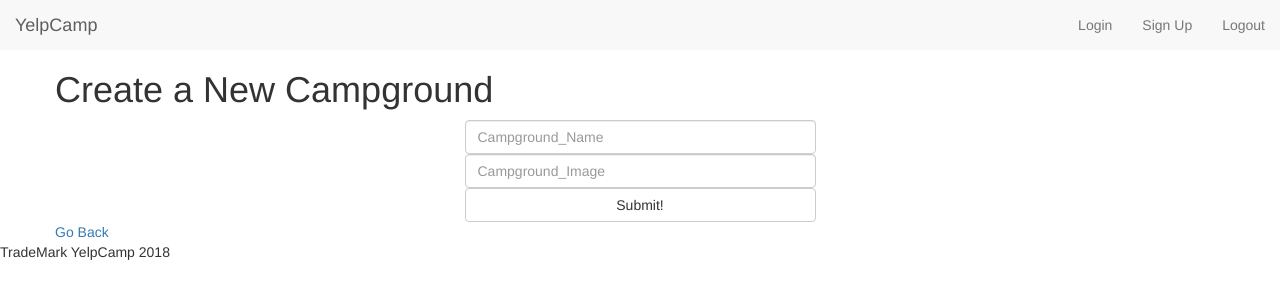
Repository: Kushagrakmr/c9backup
Page: http://localhost/campgrounds/new
The author's editor kept a record of every edit. The page is drawn from the files as they stood at one moment, then again after the next edit.
The browser window is 1280 px wide. The pictures show the whole page.
The page is served by the project's Node server (YelpCamp/v1/app.js).

Above is the page before.

### YelpCamp/v1/views/new.ejs
<% include partials/header %>

 <div class="container" >
  <div class="row">
   <h1>Create a New Campground</h1>
   <div style= "width:30%; margin: 0 auto;">
    <form action = "/campgrounds" method= "POST">
       <input class = "form-control" type = "text" name="name" placeholder = "Campground_Name">
       <input class= "form-control" type = "text" name="image" placeholder = "Campground_Image">
       <button class="btn btn-ld btn-default btn-block">Submit!</button>
    </form>
   </div>

   <a href="/campgrounds">Go Back</a>
  </div>
 </div>


 <% include partials/footer %>

### YelpCamp/v1/views/partials/header.ejs
<!DOCTYPE html>
<html>
    <head>
        <title>Yelp Camp</title>
        <link rel="stylesheet" href= "https://stackpath.bootstrapcdn.com/bootstrap/3.3.5/css/bootstrap.min.css">
    </head>
    <body>

<nav class="nav navbar-default">
     <div class = "conatainer-fluid">
         <div class-"navbar-header">
             <a class= "navbar-brand" href= "/">YelpCamp</a>
         </div>
         <div class="collapse navbar-collapse">
             <ul class = " nav navbar-nav navbar-right">
                 <li><a href="/">Login</a></li>
                 <li><a href="/">Sign Up</a></li>
                 <li><a href="/">Logout</a></li>

             </ul>
         </div>
     </div>
 </nav>

### YelpCamp/v1/views/partials/footer.ejs
       <p> TradeMark YelpCamp 2018</p>
    </body>
</html>

### YelpCamp/v1/app.js
var express = require("express");
var app = express();
var bodyParser = require("body-parser");

app.use(bodyParser.urlencoded({extended : true}));
app.set("view engine", "ejs");

var campgrounds = [
        {name: "Laddakh", image: "https://c1.staticflickr.com/1/231/446876174_e15ca57e05_o.jpg"},
        {name: "Sikkim",  image: "https://c2.staticflickr.com/6/5581/14860971851_4362334b72_b.jpg"},
        {name: "Minnisota", image: "https://c2.staticflickr.com/4/3915/15158046300_56b40456af_b.jpg"},
        {name: "Hills",  image: "https://c2.staticflickr.com/6/5581/14860971851_4362334b72_b.jpg"},
        {name: "Mountains", image: "https://c2.staticflickr.com/4/3915/15158046300_56b40456af_b.jpg"},
        {name: "Valley", image: "https://c1.staticflickr.com/1/231/446876174_e15ca57e05_o.jpg"},
        {name: "Darzeeling", image: "https://c2.staticflickr.com/4/3915/15158046300_56b40456af_b.jpg"},
        {name: "Nepal",  image: "https://c2.staticflickr.com/6/5581/14860971851_4362334b72_b.jpg"},
        {name: "Laddakh", image: "https://c1.staticflickr.com/1/231/446876174_e15ca57e05_o.jpg"},
        {name: "Sikkim",  image: "https://c2.staticflickr.com/6/5581/14860971851_4362334b72_b.jpg"},
        {name: "Darzeeling", image: "https://c2.staticflickr.com/4/3915/15158046300_56b40456af_b.jpg"},
        {name: "Sikkim",  image: "https://c2.staticflickr.com/6/5581/14860971851_4362334b72_b.jpg"},
        {name: "Darzeeling", image: "https://c2.staticflickr.com/4/3915/15158046300_56b40456af_b.jpg"},
        {name: "Darzeeling", image: "https://c2.staticflickr.com/4/3915/15158046300_56b40456af_b.jpg"}
    ];

app.get("/",function(request, response){
    response.render("landing");
});

app.get("/campgrounds",function(request, response){


    response.render("campgrounds",{campgrounds_app:campgrounds});
});

app.post("/campgrounds",function(request, response){
    //get data from form and add to the array
    var name = request.body.name;
    var image = request.body.image;
    var newCampground = {name: name, image:image};
    campgrounds.push(newCampground);
    //redirect
    response.redirect("/campgrounds")
});

app.get("/campgrounds/new", function(request, response) {
    response.render("new.ejs");
});


app.listen(process.env.PORT, process.env.IP, function(){
    console.log("The Yelp Camp Server Has Started");
});

After the next edit:
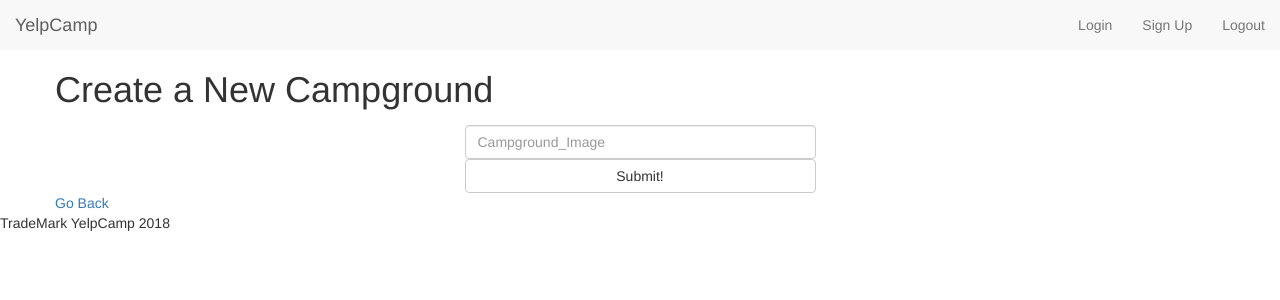
The edit:
--- a/YelpCamp/v1/views/new.ejs
+++ b/YelpCamp/v1/views/new.ejs
@@ -5,7 +5,15 @@
    <h1>Create a New Campground</h1>
    <div style= "width:30%; margin: 0 auto;">
     <form action = "/campgrounds" method= "POST">
-       <input class = "form-control" type = "text" name="name" placeholder = "Campground_Name">
+     <div class="form-group">
+
+     </div>
+     <div class="form-group">
+
+     </div>
+     <div class="form-group">
+
+     </div>
        <input class= "form-control" type = "text" name="image" placeholder = "Campground_Image">
        <button class="btn btn-ld btn-default btn-block">Submit!</button>
     </form>
